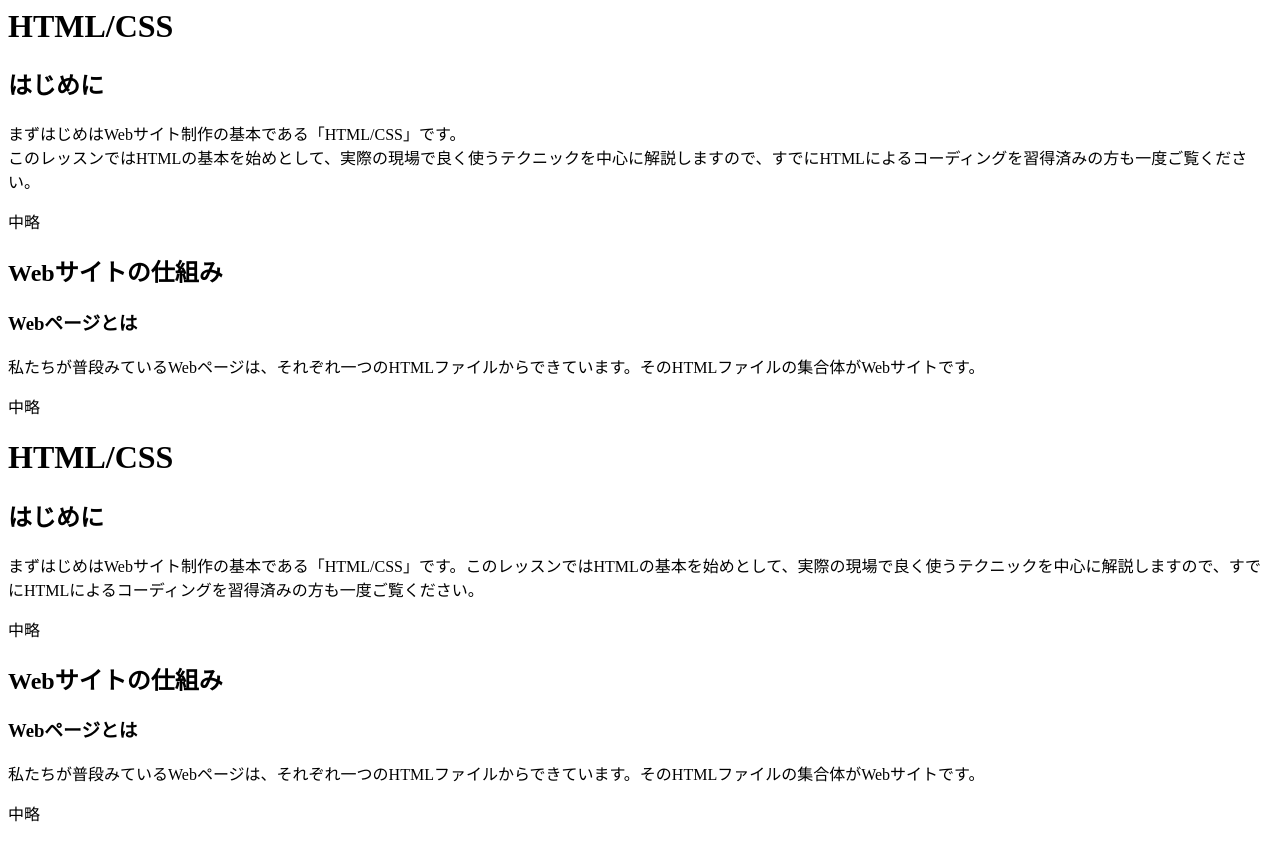
Repository: Shaw622/TechAcademy_FirstPrograming
Page: HTML_Body/03.html
The author's editor kept a record of every edit. The page is drawn from the files as they stood at one moment, then again after the next edit.
The browser window is 1280 px wide. The pictures show the whole page.

Above is the page before.

### HTML_Body/03.html
<html lang="ja">
    <head>
        <meta charset="UTF-8">
    </head>

<body>
    <h1>HTML/CSS</h1>
    <h2>はじめに</h2>
    <p>まずはじめはWebサイト制作の基本である「HTML/CSS」です。<br>
    このレッスンではHTMLの基本を始めとして、実際の現場で良く使うテクニックを中心に解説しますので、すでにHTMLによるコーディングを習得済みの方も一度ご覧ください。</p>
    <p>中略</p>

    <h2>Webサイトの仕組み</h2>
    <h3>Webページとは</h3>
    <p>私たちが普段みているWebページは、それぞれ一つのHTMLファイルからできています。そのHTMLファイルの集合体がWebサイトです。</p>
    <p>中略</p>
</body>

<body>
    <h1>HTML/CSS</h1><!-- セクションで分ける場合 -->

    <section>
        <h2>はじめに</h2>
        <p>まずはじめはWebサイト制作の基本である「HTML/CSS」です。このレッスンではHTMLの基本を始めとして、実際の現場で良く使うテクニックを中心に解説しますので、すでにHTMLによるコーディングを習得済みの方も一度ご覧ください。</p>
        <p>中略</p>
    </section>

    <section>
        <h2>Webサイトの仕組み</h2>

        <h3>Webページとは</h3>
        <p>私たちが普段みているWebページは、それぞれ一つのHTMLファイルからできています。そのHTMLファイルの集合体がWebサイトです。</p>
        <p>中略</p>
    </section>
</body>

</html>

After the next edit:
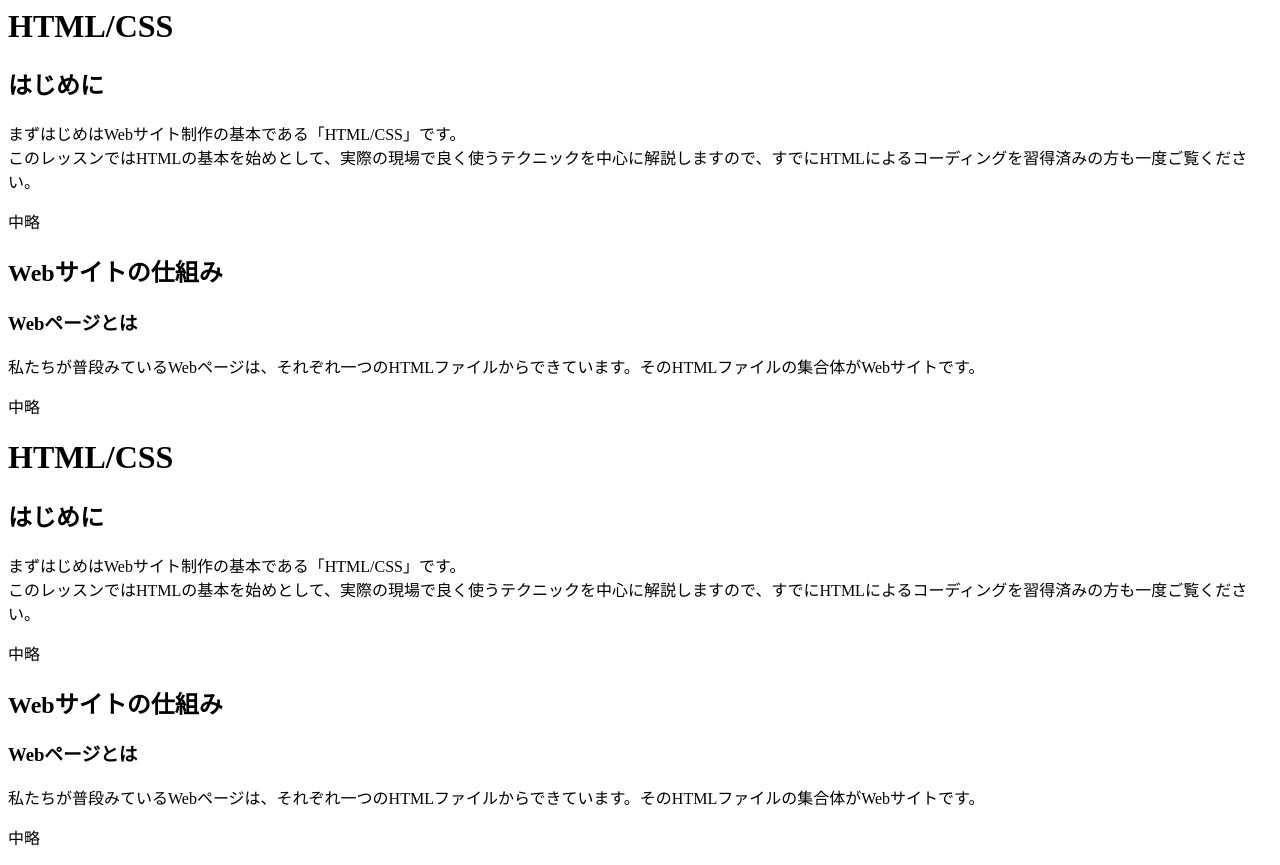
The edit:
--- a/HTML_Body/03.html
+++ b/HTML_Body/03.html
@@ -21,7 +21,8 @@
 
     <section>
         <h2>はじめに</h2>
-        <p>まずはじめはWebサイト制作の基本である「HTML/CSS」です。このレッスンではHTMLの基本を始めとして、実際の現場で良く使うテクニックを中心に解説しますので、すでにHTMLによるコーディングを習得済みの方も一度ご覧ください。</p>
+        <p>まずはじめはWebサイト制作の基本である「HTML/CSS」です。<br>
+        このレッスンではHTMLの基本を始めとして、実際の現場で良く使うテクニックを中心に解説しますので、すでにHTMLによるコーディングを習得済みの方も一度ご覧ください。</p>
         <p>中略</p>
     </section>
 
